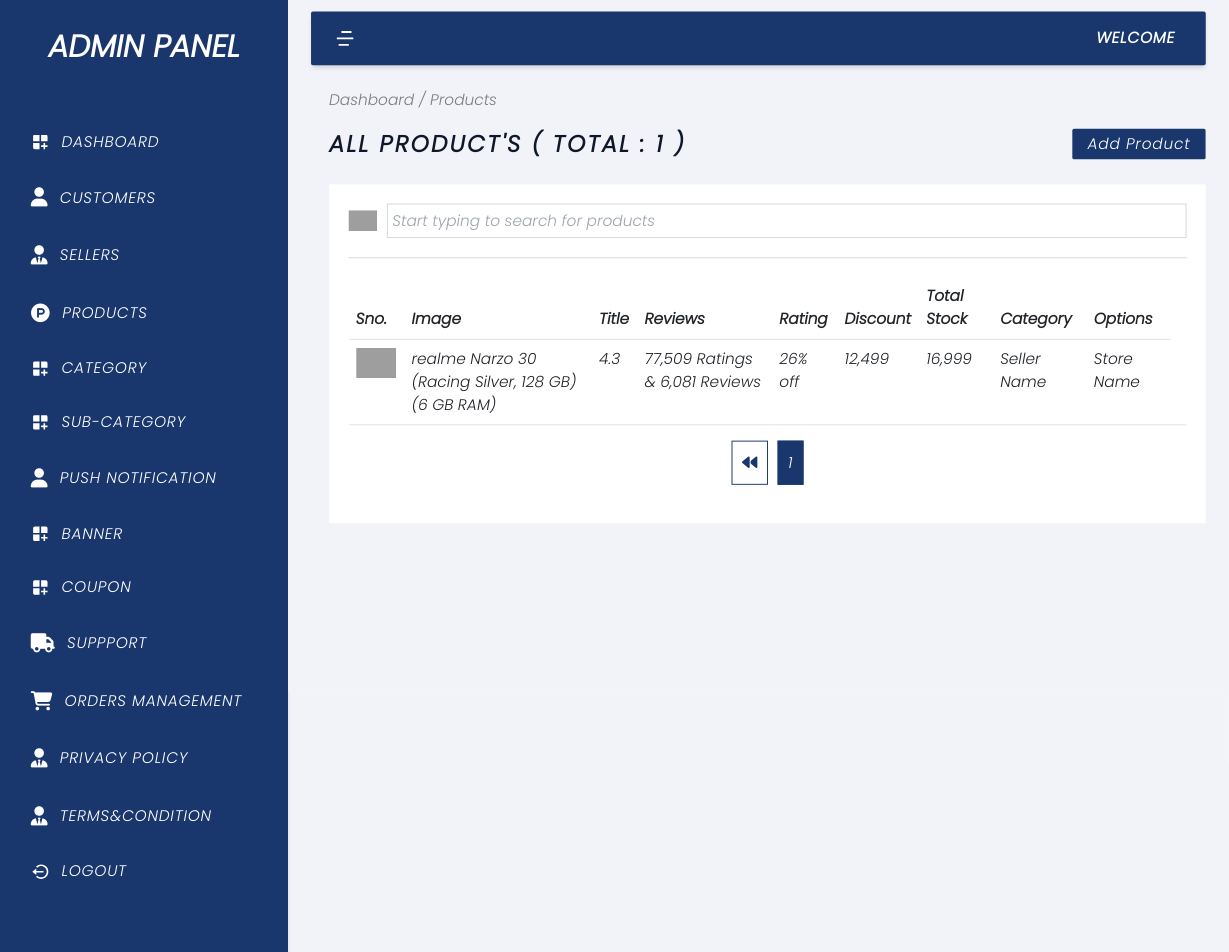
Repository: shishpal2000/admin.aschpro
Page: /Product
These files come from the project's save history. The page is drawn as it stood at one moment and after a run of saves; the edit follows.
The browser window is 1280 px wide. The pictures show the whole page, at 96% of full size.
Pictures or frames that could not be fetched are drawn as grey boxes. Some web libraries are served in a nearby version. The project was rebuilt for these pictures with package versions that can differ from the ones it lists, and the page was loaded fresh each time. Also part of the build but not shown: src/E-CommerceAdmin/forms/Login.jsx, src/E-CommerceAdmin/pages/Dashboard.jsx, src/E-CommerceAdmin/pages/ECategory.js, src/E-CommerceAdmin/pages/EVendorList.js, src/E-CommerceAdmin/pages/EAdminOrders.js, src/E-CommerceAdmin/pages/EAdminDelivery.js, src/E-CommerceAdmin/pages/EAdminCustomer.js, src/E-CommerceAdmin/pages/ESubCategory.js and 5 more. Imported but missing from the stored project, and not drawn on this page: src/E-CommerceAdmin/pages/Complaints, src/E-CommerceAdmin/pages/Component/SpinnerComp, src/E-CommerceAdmin/pages/EAdmin, src/E-CommerceAdmin/pages/EAdminProduct, src/E-CommerceAdmin/pages/ESingleProduct, src/E-CommerceAdmin/pages/GetMeThis, src/E-CommerceAdmin/pages/HelpSupport.

Above is the page before, as saved 2023-06-28 15:23:57.

### public/index.html
<!-- @format -->

<!DOCTYPE html>
<html lang="en">
  <head>
    <meta charset="utf-8" />
    <meta name="viewport" content="width=device-width, initial-scale=1" />
    <meta name="theme-color" content="#000000" />
    <meta
      name="description"
      content="Web site created using create-react-app"
    />
    <link rel="icon" href="%PUBLIC_URL%/favicon.png" />
    <link rel="manifest" href="%PUBLIC_URL%/manifest.json" />
    <link rel="preconnect" href="https://fonts.googleapis.com">
<link rel="preconnect" href="https://fonts.gstatic.com" crossorigin>
<link href="https://fonts.googleapis.com/css2?family=Roboto+Mono:ital,wght@1,300&display=swap" rel="stylesheet">
    <title>Subharambh</title>
  </head>
  <body>
    <noscript>You need to enable JavaScript to run this app.</noscript>
    <div id="root"></div>
    <script src="https://code.jquery.com/jquery-3.6.0.min.js"></script>
    <script src="https://kit.fontawesome.com/b533b351e4.js" crossorigin="anonymous"></script>
    <script type="module" src="https://unpkg.com/ionicons@7.1.0/dist/ionicons/ionicons.esm.js"></script>
<script nomodule src="https://unpkg.com/ionicons@7.1.0/dist/ionicons/ionicons.js"></script>
  </body>
</html>

### src/E-CommerceAdmin/pages/EProduct.js
/** @format */

import React, { useEffect, useState } from "react";
import HOC from "../layout/HOC";
import { Table, Modal, Form, Button, FloatingLabel } from "react-bootstrap";
import SpinnerComp from "./Component/SpinnerComp";

const EProduct = () => {
  const [modalShow, setModalShow] = useState(false);
  const [edit, setEdit] = useState(false);
  const [query, setQuery] = useState("");

  const data = [
    {
      img: "https://rukminim1.flixcart.com/image/416/416/kq18n0w0/mobile/y/2/b/narzo-30-rmx2156-realme-original-imag45yhzhugdcqh.jpeg?q=70",
      name: "realme Narzo 30 (Racing Silver, 128 GB)  (6 GB RAM)",
      review: "4.3",
      rating: "77,509 Ratings & 6,081 Reviews",
      discount: "26% off",
      price: "12,499",
      discountedPrice: "16,999",
      features: [
        "6 GB RAM | 128 GB ROM | Expandable Upto 256 GB",
        "16.51 cm (6.5 inch) Full HD+ Display",
        "48MP + 2MP + 2MP | 16MP Front Camera ",
        "5000 mAh Battery ",
        "MediaTek Helio G95 Processor",
        "30W Charger",
      ],
      description:
        "With the realme Narzo 30, make your mobile gaming experience smooth, lag-free, and immersive. This smartphone runs on the Helio G95 Gaming Processor for intense gaming, a 90 Hz Ultra-smooth Display for smooth scrolling, and a 5000 mAh Massive Battery for hours of gaming marathons.",
      sellerName: "Seller Name",
      storeName: "Store Name",
      color: ["Red", "Black", "Green"],
      size: [""],
    },
  ];

  // Pagination
  const [currentPage2, setCurrentPage2] = useState(1);
  const [postPerPage2] = useState(10);
  const lastPostIndex2 = currentPage2 * postPerPage2;
  const firstPostIndex2 = lastPostIndex2 - postPerPage2;

  let pages2 = [];

  const TotolData = query
    ? data?.filter(
        (i) =>
          i?.product_name?.toLowerCase().includes(query?.toLowerCase()) ||
          i?.quantity?.toString()?.toLowerCase().includes(query?.toLowerCase())
      )
    : data;

  useEffect(() => {
    if (query) {
      setCurrentPage2(1);
    }
  }, [query]);

  const slicedData = TotolData?.slice(firstPostIndex2, lastPostIndex2);

  for (let i = 1; i <= Math.ceil(TotolData?.length / postPerPage2); i++) {
    pages2.push(i);
  }

  function Next() {
    setCurrentPage2(currentPage2 + 1);
  }

  function Prev() {
    if (currentPage2 !== 1) {
      setCurrentPage2(currentPage2 - 1);
    }
  }

  function MyVerticallyCenteredModal(props) {
    return (
      <Modal
        {...props}
        size="lg"
        aria-labelledby="contained-modal-title-vcenter"
        centered
      >
        <Modal.Header closeButton>
          <Modal.Title id="contained-modal-title-vcenter">
            {" "}
            {edit ? "Edit Product" : " Add New Product"}
          </Modal.Title>
        </Modal.Header>
        <Modal.Body>
          <Form>
            <div className="d-flex gap-2" style={{ alignItems: "center" }}>
              <Form.Group className="mb-3">
                <Form.Label>Product Images</Form.Label>
                <Form.Control type="file" required multiple />
              </Form.Group>

              <Button style={{ height: "40px", marginTop: "15px" }}>
                Upload
              </Button>
            </div>

            <Form.Group className="mb-3">
              <Form.Label> Product Name</Form.Label>
              <Form.Control type="text" required />
            </Form.Group>

            <Form.Group className="mb-3">
              <Form.Label>ID</Form.Label>
              <Form.Control type="number" required />
            </Form.Group>

            <Form.Group className="mb-3">
              <Form.Label>ASIN</Form.Label>
              <Form.Control type="text" required />
            </Form.Group>

            <Form.Group className="mb-3">
              <Form.Label>Description</Form.Label>
              <FloatingLabel controlId="floatingTextarea2" label="Description">
                <Form.Control
                  as="textarea"
                  placeholder="Leave a comment here"
                />
              </FloatingLabel>
            </Form.Group>

            <Form.Group className="mb-3">
              <Form.Label>Price</Form.Label>
              <Form.Control type="number" min={0} required />
            </Form.Group>

            <Form.Group className="mb-3">
              <Form.Label>Price Discount</Form.Label>
              <Form.Control type="number" min={0} required />
            </Form.Group>

            <Form.Group className="mb-3">
              <Form.Label>Bullet Text</Form.Label>
              <FloatingLabel controlId="floatingTextarea2">
                <Form.Control
                  as="textarea"
                  placeholder="Leave a comment here"
                />
              </FloatingLabel>
            </Form.Group>

            <Form.Group className="mb-3">
              <Form.Label> Category</Form.Label>
              <Form.Select aria-label="Default select example" required>
                <option>-- Select Category --</option>
              </Form.Select>
            </Form.Group>

            <Form.Group className="mb-3">
              <Form.Label>Quantity</Form.Label>
              <Form.Control type="number" min={0} required />
            </Form.Group>

            <Button className="btn" type="submit">
              Submit
            </Button>
          </Form>
        </Modal.Body>
      </Modal>
    );
  }

  // Carousel Modal

  return (
    <>
      <MyVerticallyCenteredModal
        show={modalShow}
        onHide={() => setModalShow(false)}
      />

      <p className="headP">Dashboard / Products</p>

      <div
        className="pb-4  w-full flex justify-between items-center"
        style={{ width: "98%", marginLeft: "2%" }}
      >
        <span
          className="tracking-widest text-slate-900 font-semibold uppercase"
          style={{ fontSize: "1.5rem" }}
        >
          All Product's ( Total : {data?.length} )
        </span>
        <div className="d-flex gap-1">
          <input type="file" id="excel" style={{ display: "none" }} />

          <button
            onClick={() => {
              setEdit(false);
              setModalShow(true);
            }}
            className="md:py-2 px-3 md:px-4 py-1 rounded-sm bg-[#19376d] text-white tracking-wider"
          >
            Add Product
          </button>
        </div>
      </div>

      <section className="sectionCont">
        {data?.length === 0 || !data ? (
          <SpinnerComp />
        ) : (
          <>
            <div className="filterBox">
              <img
                src="https://t4.ftcdn.net/jpg/01/41/97/61/360_F_141976137_kQrdYIvfn3e0RT1EWbZOmQciOKLMgCwG.jpg"
                alt=""
              />
              <input
                type="search"
                placeholder="Start typing to search for products"
                onChange={(e) => setQuery(e.target.value)}
              />
            </div>

            <div className="overFlowCont">
              <Table>
                <thead>
                  <tr>
                    <th>Sno.</th>
                    <th>Image</th>
                    <th>Title</th>
                    <th>Reviews</th>
                    <th>Rating</th>
                    <th>Discount</th>
                    <th>Total Stock</th>
                    <th>Category</th>
                    <th> Options </th>
                  </tr>
                </thead>
                <tbody>
                  {slicedData?.map((i, index) => (
                    <tr key={index}>
                      <td>
                        <img src={i.img} alt="" style={{ width: "60px" }} />
                      </td>
                      <td>
                        {i.name}
                      </td>
                      <td>
                        {i.review}
                      </td>
                      <td>
                        {i.rating}
                      </td>
                      <td>
                        {i.discount}
                      </td>
                      <td>
                        {i.price}
                      </td>
                      <td>
                        {i.discountedPrice}
                      </td>
                      <td>
                        {i.sellerName}
                      </td>
                      <td>
                        {i.storeName}
                      </td>

                      <td>
                        {/* <span className="flexCont">
                          <i className="fa-solid fa-pen-to-square"></i>
                          <i className="fa-solid fa-eye"></i>
                          <i className="fa-sharp fa-solid fa-trash"></i>
                        </span> */}
                      </td>
                    </tr>
                  ))}
                </tbody>
              </Table>

              <div className="pagination">
                <button onClick={() => Prev()} className="prevBtn">
                  <i className="fa-solid fa-backward"></i>
                </button>
                {currentPage2 === 1 ? (
                  ""
                ) : (
                  <button onClick={() => setCurrentPage2(1)}>1</button>
                )}

                {pages2
                  ?.slice(currentPage2 - 1, currentPage2 + 3)
                  .map((i, index) =>
                    i === pages2?.length ? (
                      ""
                    ) : (
                      <button
                        key={index}
                        onClick={() => setCurrentPage2(i)}
                        className={currentPage2 === i ? "activePage" : ""}
                      >
                        {" "}
                        {i}{" "}
                      </button>
                    )
                  )}

                <button
                  onClick={() => setCurrentPage2(pages2?.length)}
                  className={
                    currentPage2 === pages2?.length ? "activePage" : ""
                  }
                >
                  {" "}
                  {pages2?.length}{" "}
                </button>

                {currentPage2 === pages2?.length ? (
                  ""
                ) : (
                  <button onClick={() => Next()} className="nextBtn">
                    {" "}
                    <i className="fa-sharp fa-solid fa-forward"></i>
                  </button>
                )}
              </div>
            </div>
          </>
        )}
      </section>
    </>
  );
};

export default HOC(EProduct);

### src/E-CommerceAdmin/layout/HOC.jsx
/** @format */

import React, { useState } from "react";
import Navbar from "./Navbar";
import Sidebar from "./Sidebar";

const HOC = (Wcomponenet) => {
  return function Component() {
    const [hamb, setHamb] = useState(false);
    return (
      <>
        <section
          className="flex overflow-x-hidden relative "
          style={{ backgroundColor: "#f2f3f8" }}
        >
          {/* Sidebar */}
          <div
            className={
              hamb
                ? " absolute top-0 z-30 md:w-auto shadow-md bg-slate-200  w-60 transition-all md:-left-full left duration-150  h-auto overflow-y-auto  left-0 "
                : " md:w-72 z-30 bg-slate-200  shadow-md  md:static absolute top-0 -left-full   transition-all duration-150  overflow-y-auto h-auto"
            }
            style={{ minWidth: "300px" }}
          >
            <Sidebar hamb={hamb} setHamb={setHamb} />
          </div>
          {/* Components & Navbar */}
          <div
            className={
              hamb
                ? " transition-all px-4 py-2  duration-150 w-full h-screen"
                : " w-full h-screen  px-4 py-2   z-50 transition-all duration-150 "
            }
            style={{ backgroundColor: "#f2f3f8" }}
          >
            <Navbar hamb={hamb} setHamb={setHamb} />
            <div className="my-6 text-#000 h-[87%] wcomp overflow-y-auto">
              {" "}
              <Wcomponenet />
            </div>
          </div>
        </section>
      </>
    );
  };
};

export default HOC;

### src/E-CommerceAdmin/layout/Navbar.jsx
/** @format */

import { RiMenu4Line } from "react-icons/ri";

const Navbar = ({ hamb, setHamb }) => {
  const AdminName = localStorage.getItem("AdminName")
  return (
    <>
      <div
        className={
          hamb
            ? "flex  w-full justify-between  my-1 rounded-sm  p-4 py-3 shadow-md items-center  bg-slate-200 space-x-4"
            : "flex  w-full justify-between my-1 rounded-sm  p-4 py-3 shadow-md items-center  bg-slate-200 space-x-4"
        }
        style={{ backgroundColor: "#19376d" }}
      >
        <RiMenu4Line
          onClick={() => setHamb(!hamb)}
          className="text-2xl font-bold text-gray-900 hover:scale-90 cursor-pointer"
          style={{ color: "#fff" }}
        />

        <section className="flex sm:ml-auto justify-end sm:w-full items-center space-x-2  pr-2">
          <figcaption className="tracking-wider pl-1 font-semibold">
            <div
              className="lg:text-base text-sm text-gray-900  uppercase"
              style={{ color: "#fff" }}
            >
              Welcome {AdminName}
            </div>
          </figcaption>
        </section>
      </div>
    </>
  );
};

export default Navbar;

### src/E-CommerceAdmin/layout/Sidebar.jsx
/** @format */

import React from "react";
import { RiCloseLine } from "react-icons/ri";
import { Link, useNavigate } from "react-router-dom";
import { BiLogOutCircle } from "react-icons/bi";
import { MdDashboardCustomize } from "react-icons/md";

const Sidebar = ({ hamb, setHamb }) => {
  const navigate = useNavigate();

  const nav = [
    {
      icon: <MdDashboardCustomize className="text-xl mr-3 rounded-full " />,
      link: "/dashboard ",
      name: "Dashboard",
    },

    {
      icon: (
        <i className="fa-solid fa-user text-xl mr-3 rounded-full"></i>
      ),
      link: "/Customer",
      name: "Customers",
    },
    {
      icon: <i className="fa-solid fa-user-tie text-xl mr-3 rounded-full"></i>,
      link: "/VendorList",
      name: "Sellers",
    },
    {
      icon: (
    <i className="fa-brands fa-product-hunt text-xl mr-3 rounded-full"></i>
      ),
      link: "/Product",
      name: "Products",
    },
    {
      icon: <MdDashboardCustomize className="text-xl mr-3 rounded-full " />,
      link: "/Category",
      name: "Category",
    },

    {
      icon: <MdDashboardCustomize className="text-xl mr-3 rounded-full " />,
      link: "/SubCategory",
      name: "Sub-Category",
    },
    {
      icon: <i className="fa-solid fa-user text-xl mr-3 rounded-full"></i>,
      link: "/pushNotification",
      name: "Push Notification",
    },

    {
      icon: <MdDashboardCustomize className="text-xl mr-3 rounded-full " />,
      link: "/banner",
      name: "Banner",
    },
    {
      icon: <MdDashboardCustomize className="text-xl mr-3 rounded-full " />,
      link: "/coupon",
      name: "Coupon",
    },

    {
      icon: <i className="fa-solid fa-truck  text-xl mr-3 rounded-full"></i>,
      link: "/Support",
      name: "Suppport",
    },
    {
      icon: (
        <i className="fa-solid fa-cart-shopping text-xl mr-3 rounded-full"></i>
      ),
      link: "/Orders",
      name: "Orders Management",
    },

    {
      icon: <i className="fa-solid fa-user-tie text-xl mr-3 rounded-full"></i>,
      link: "/privacy",
      name: "Privacy Policy",
    },
    {
      icon: <i className="fa-solid fa-user-tie text-xl mr-3 rounded-full"></i>,
      link: "/terms",
      name: "Terms&Condition",
    }
  ];

  const logOut = () => {
    localStorage.clear()
    navigate("/");
  };

  return (
    <>
      <aside
        className="p-4 h-auto"
        style={{ backgroundColor: "#19376d", minHeight: "100vh" }}
      >
        {/* Top */}
        <div className="w-full md:hidden relative  p-2 mb-4">
          <RiCloseLine
            onClick={() => setHamb(!hamb)}
            className="text-3xl  absolute top-2 sm:hover:rotate-[228deg] transition-transform font-bold right-2 sm:hover:text-[22px] text-[rgb(241,146,46)] cursor-pointer"
          />
        </div>{" "}
        <figure className="flex  flex-col items-center">
          <span
            className="font-bold text-[#fff]"
            style={{
              fontSize: "2rem",
              textAlign: "center",
              textTransform: "uppercase",
            }}
          >
            {" "}
            ADMIN PANEL
          </span>
        </figure>
        <nav className="py-6">
          {nav.map((nav) => {
            return (
              <Link
                to={nav.link}
                key={nav.name}
                className=""
                style={{ textDecoration: "none", textTransform: "uppercase" }}
              >
                <span
                  className="flex my-3 items-center cursor-pointer text-gray-900    tracking-wider p-2 rounded-sm"
                  style={{ color: "#FFF" }}
                >
                  {nav.icon} {nav.name}
                </span>
              </Link>
            );
          })}
          <span
            className="flex my-3 items-center cursor-pointer text-gray-900    tracking-wider p-2 rounded-sm"
            onClick={() => logOut()}
            style={{ color: "#FFF", textTransform: "uppercase" }}
          >
            <BiLogOutCircle className="text-xl mr-3 rounded-full " /> LogOut
          </span>
        </nav>
      </aside>
    </>
  );
};

export default Sidebar;

Loaded but not shown: tailwind.config.js (common file); src/App.js (69 lines, source omitted); src/index.js (15 lines, source omitted); src/index.css (496 lines, source omitted)

After the next 3 saves:
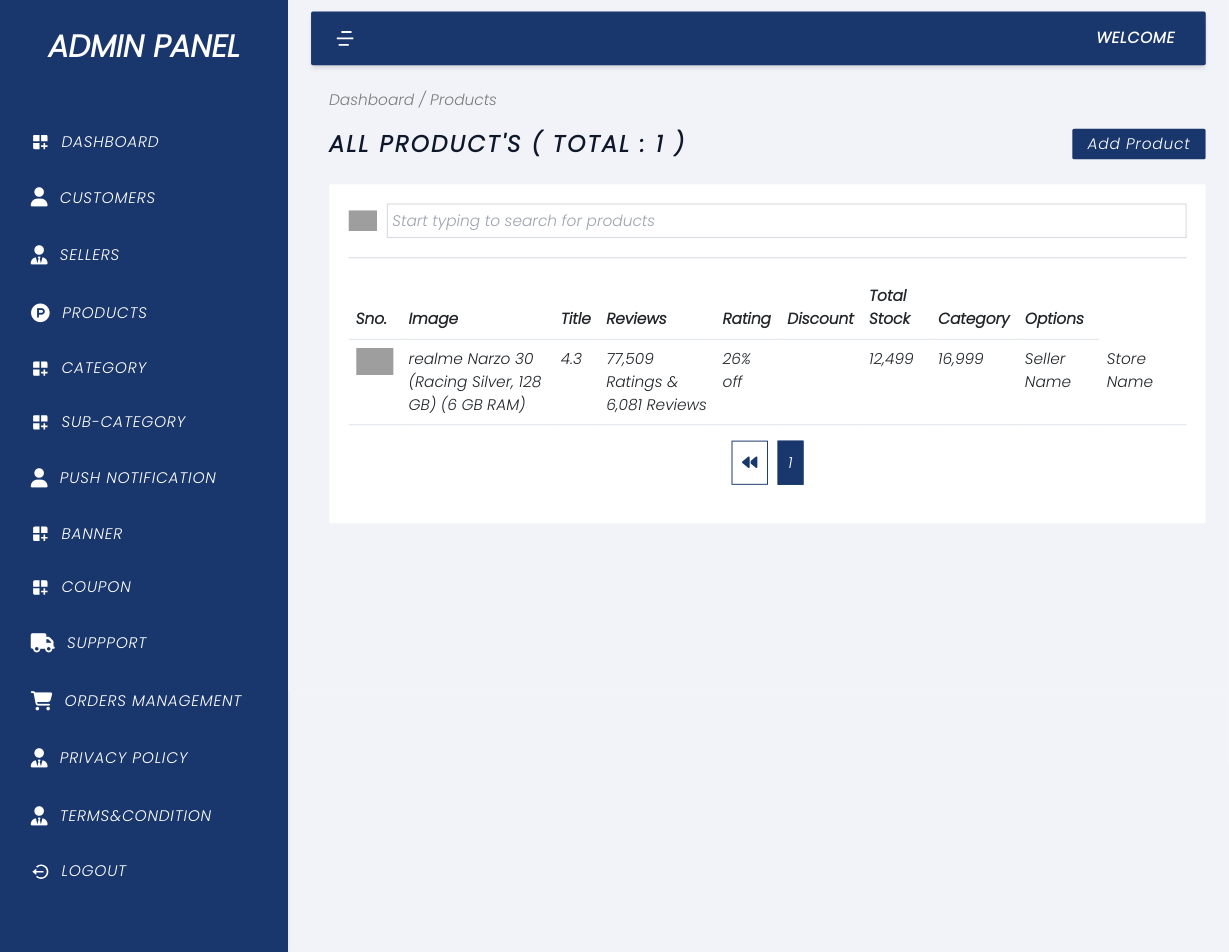
The 3 saves are shown as one change because they came seconds apart.
The last was saved 7 s later.
--- a/src/E-CommerceAdmin/pages/EProduct.js
+++ b/src/E-CommerceAdmin/pages/EProduct.js
@@ -254,6 +254,9 @@
                         {i.discount}
                       </td>
                       <td>
+                        {i.stock}
+                      </td>
+                      <td>
                         {i.price}
                       </td>
                       <td>
